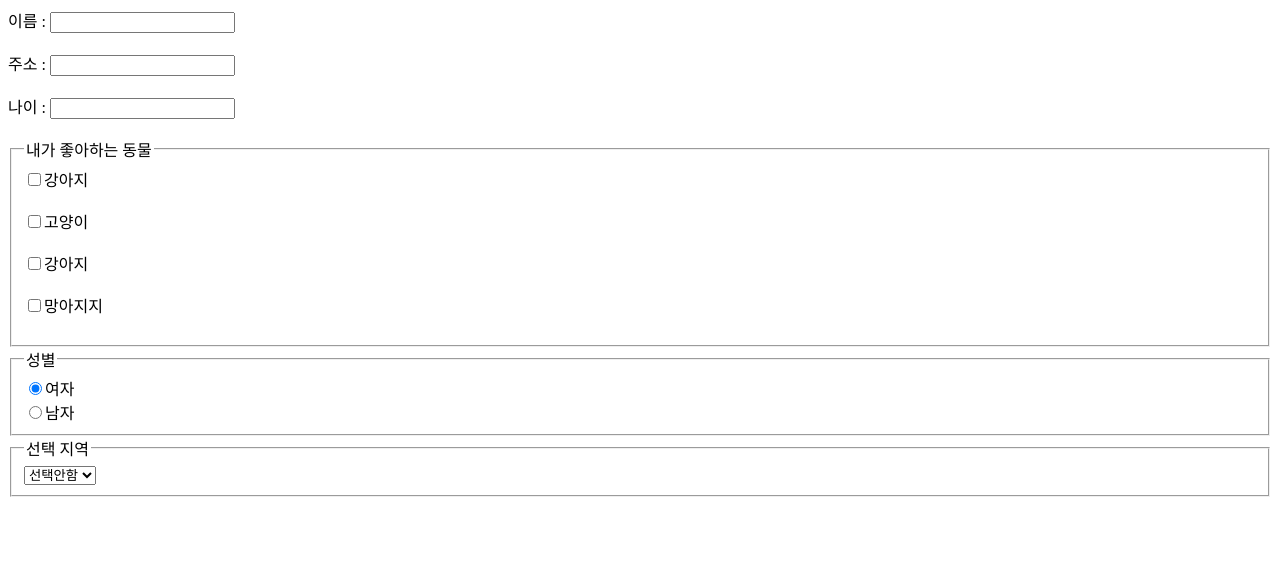
Repository: cordingdodo/javaworks2
Page: practice01/WebContent/input.html
An editor plug-in stored every save of this project. The page is shown before and after the next save, followed by the edit.
The browser window is 1280 px wide. The pictures show the whole page.

Above is the page before, as saved 2022-10-17 07:07:06.

### practice01/WebContent/input.html
<!DOCTYPE html>
<html>
<head>
<meta charset="UTF-8">
<title>입력 데이터 처리와 주고 받기</title>
</head>
<body>
<form name="indata" action="test04.jsp" method="post">
	이름 : <input type="text" name="name"><br><br>
	주소 : <input type="text" name="addr"><br><br>
	나이 : <input type="number" name="age"><br><br>
	<fieldset>
		<legend>내가 좋아하는 동물</legend>
		<input type="checkbox" name="pet" value="dog">강아지<br><br>
		<input type="checkbox" name="pet" value="cat">고양이<br><br>
		<input type="checkbox" name="pet" value="pig">강아지<br><br>
		<input type="checkbox" name="pet" value="horse">망아지지<br><br>
	</fieldset>
	<fieldset>
		<legend>성별</legend>
		<input type="radio" name="female" value="f" checked>여자<br>
		<input type="radio" name="male" value="m">남자<br>
	</fieldset>
		<fieldset>
		<legend>선택 지역</legend>
		<select name="area">
			<option selected>선택안함</option>
			<option value="01">서울</option>
			<option value="02">대전</option>
			<option value="03">부산</option>
			<option value="04">강원</option>

		</select>
	</fieldset>
</form>

</body>
</html>

After the next save:
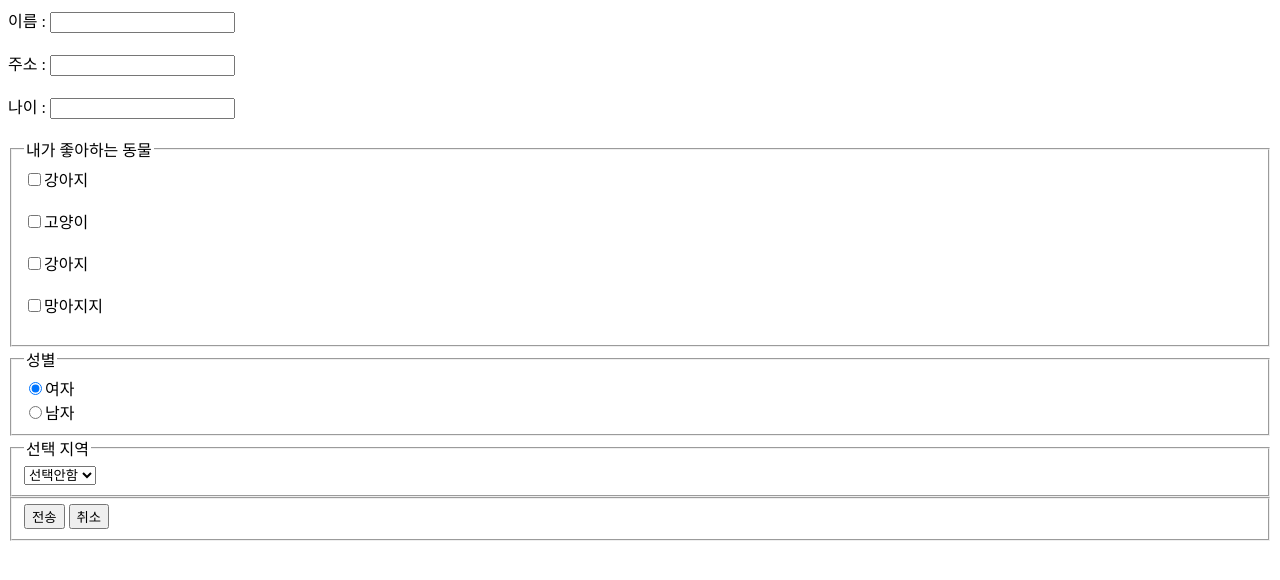
Saved 37 s later.
--- a/practice01/WebContent/input.html
+++ b/practice01/WebContent/input.html
@@ -29,8 +29,11 @@
 			<option value="02">대전</option>
 			<option value="03">부산</option>
 			<option value="04">강원</option>
-
 		</select>
+	</fieldset>
+	<fieldset>
+		<input type="submit" value="전송">
+		<input type="reset" value="취소">
 	</fieldset>
 </form>
 
